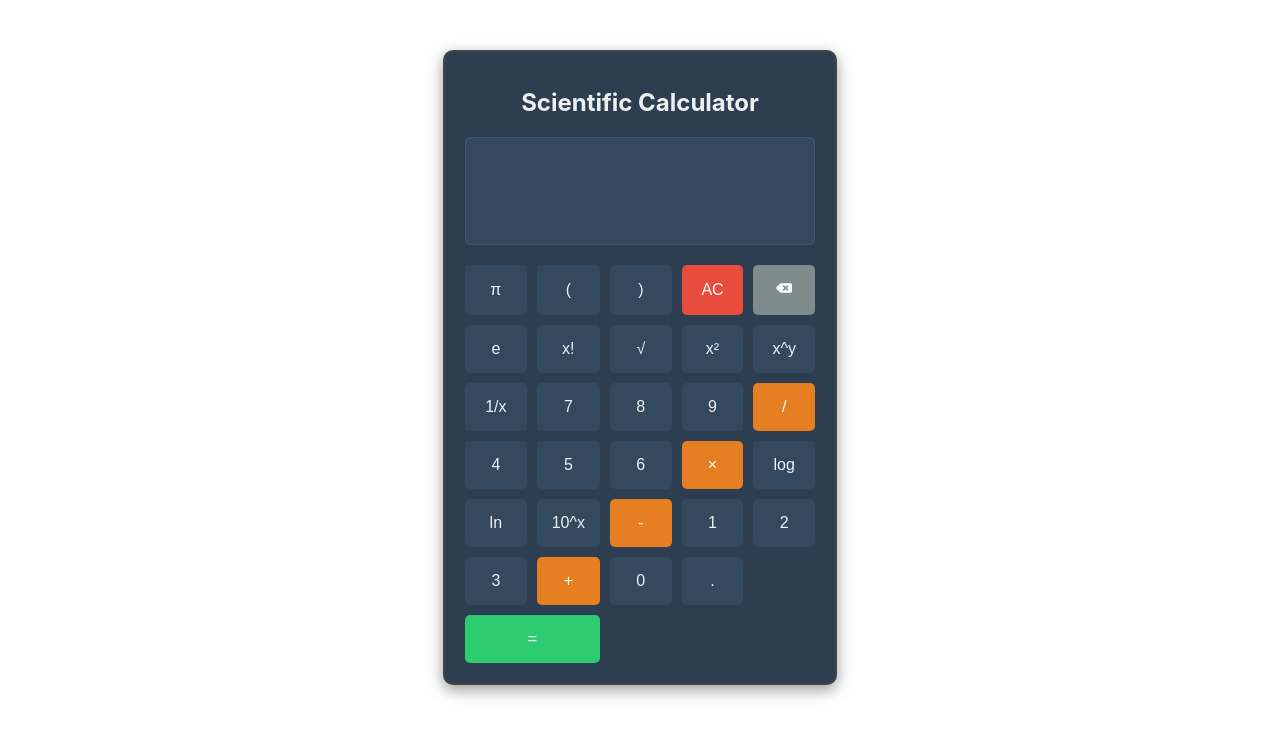
Repository: thesaherriaz/Calculator-React
Page: /
The author's editor kept a copy of each file at every save. The page is drawn from the files as they stood at one save, then again after a run of saves.
The browser window is 1280 px wide. The pictures show the whole page.
The project was rebuilt for these pictures with package versions that can differ from the ones it lists, and the page was loaded fresh each time.

Above is the page before, as saved 2025-06-20 12:42:27.

### public/index.html
<!DOCTYPE html>
<html lang="en">
  <head>
    <meta charset="utf-8" />
    <link rel="icon" href="%PUBLIC_URL%/favicon.ico" />
    <meta name="viewport" content="width=device-width, initial-scale=1" />
    <meta name="theme-color" content="#000000" />
    <meta
      name="description"
      content="Web site created using create-react-app"
    />
    <link rel="apple-touch-icon" href="%PUBLIC_URL%/logo192.png" />
    <link rel="stylesheet" href="https://cdnjs.cloudflare.com/ajax/libs/font-awesome/6.0.0/css/all.min.css">
    <!--
      manifest.json provides metadata used when your web app is installed on a
      user's mobile device or desktop. See https://developers.google.com/web/fundamentals/web-app-manifest/
    -->
    <link rel="manifest" href="%PUBLIC_URL%/manifest.json" />
    <!--
      Notice the use of %PUBLIC_URL% in the tags above.
      It will be replaced with the URL of the `public` folder during the build.
      Only files inside the `public` folder can be referenced from the HTML.

      Unlike "/favicon.ico" or "favicon.ico", "%PUBLIC_URL%/favicon.ico" will
      work correctly both with client-side routing and a non-root public URL.
      Learn how to configure a non-root public URL by running `npm run build`.
    -->
    <title>React App</title>
  </head>
  <body>
    <noscript>You need to enable JavaScript to run this app.</noscript>
    <div id="root"></div>
    <!--
      This HTML file is a template.
      If you open it directly in the browser, you will see an empty page.

      You can add webfonts, meta tags, or analytics to this file.
      The build step will place the bundled scripts into the <body> tag.

      To begin the development, run `npm start` or `yarn start`.
      To create a production bundle, use `npm run build` or `yarn build`.
    -->
  </body>
</html>

### src/App.js
import React from 'react'
import Calculator from './compnents/Calculator'

function App() {
  return (
    <Calculator />
  )
}

export default App

### src/compnents/Calculator.jsx
import React, { useState } from 'react';
import './Calculator.css';
import { FaBackspace } from "react-icons/fa";

function Calculator() {
    const [input, setInput] = useState('');
    const [result, setResult] = useState('');

    const handleClick = (value) => {
        if (value === 'AC') {
            setInput('');
            setResult('');
        } else if (value === 'DEL') {
            setInput(prev => prev.slice(0, -1));
        } else if (value === '=') {
            calculateResult();
        } else if (value === '√') {
            setInput(prev => `Math.sqrt(${prev})`);
        } else if (value === 'x²') {
            setInput(prev => `Math.pow(${prev},2)`);
        } else if (value === 'x^y') {
            setInput(prev => `${prev}^`);
        } else if (value === '1/x') {
            setInput(prev => `1/(${prev})`);
        } else if (value === 'log') {
            setInput(prev => `Math.log10(${prev})`);
        } else if (value === 'ln') {
            setInput(prev => `Math.log(${prev})`);
        } else if (value === 'π') {
            setInput(prev => prev + 'Math.PI');
        } else if (value === 'e') {
            setInput(prev => prev + 'Math.E');
        } else if (value === '10^x') {
            setInput(prev => `Math.pow(10,${prev})`);
        } else if (value === 'x!') {
            setInput(prev => `factorial(${prev})`);
        } else {
            setInput(prev => prev + value);
        }
    };

    const factorial = (n) => {
        if (n < 0) return NaN;
        if (n <= 1) return 1;
        return n * factorial(n - 1);
    };

    const calculateResult = () => {
        try {
            // Replace ^ with ** for exponentiation
            let expression = input.replace(/\^/g, '**');
            // Evaluate the expression
            setResult(eval(expression).toString());
        } catch (error) {
            setResult('Error');
        }
    };

    return (
        <div className="calculator">
            <h1>Scientific Calculator</h1>
            <div className="display">
                <div className="input">{input}</div>
                <div className="result">{result}</div>
            </div>
            <div className="buttons">
                <button onClick={() => handleClick('π')}>π</button>
                <button onClick={() => handleClick('(')}>(</button>
                <button onClick={() => handleClick(')')}>)</button>
                <button onClick={() => handleClick('AC')} className="clear">AC</button>
                <button onClick={() => handleClick('DEL')} className="delete"><FaBackspace /></button>

                <button onClick={() => handleClick('e')}>e</button>
                <button onClick={() => handleClick('x!')}>x!</button>
                <button onClick={() => handleClick('√')}>√</button>
                <button onClick={() => handleClick('x²')}>x²</button>
                <button onClick={() => handleClick('x^y')}>x^y</button>
                <button onClick={() => handleClick('1/x')}>1/x</button>

                <button onClick={() => handleClick('7')}>7</button>
                <button onClick={() => handleClick('8')}>8</button>
                <button onClick={() => handleClick('9')}>9</button>
                <button className="operator" onClick={() => handleClick('/')}>/</button>

                <button onClick={() => handleClick('4')}>4</button>
                <button onClick={() => handleClick('5')}>5</button>
                <button onClick={() => handleClick('6')}>6</button>
                <button className="operator" onClick={() => handleClick('*')}>×</button>

                <button onClick={() => handleClick('log')}>log</button>
                <button onClick={() => handleClick('ln')}>ln</button>
                <button onClick={() => handleClick('10^x')}>10^x</button>
                <button className="operator" onClick={() => handleClick('-')}>-</button>

                <button onClick={() => handleClick('1')}>1</button>
                <button onClick={() => handleClick('2')}>2</button>
                <button onClick={() => handleClick('3')}>3</button>
                <button className="operator" onClick={() => handleClick('+')}>+</button>

                <button onClick={() => handleClick('0')}>0</button>
                <button onClick={() => handleClick('.')}>.</button>
                <button className="equals" onClick={() => handleClick('=')}>=</button>
            </div>
        </div>
    );
}

export default Calculator;

### src/compnents/Calculator.css
.calculator {
    width: 350px;
    margin: 50px auto;
    border: 2px solid #444;
    border-radius: 10px;
    padding: 20px;
    background-color: #2c3e50;
    box-shadow: 0 5px 15px rgba(0, 0, 0, 0.4);
    color: white;
}

.calculator h1 {
    text-align: center;
    color: #ecf0f1;
    margin-bottom: 20px;
    font-size: 1.5em;
}

.display {
    background-color: #34495e;
    border: 1px solid #3d566e;
    border-radius: 5px;
    padding: 15px;
    margin-bottom: 20px;
    text-align: right;
    min-height: 70px;
}

.input {
    font-size: 1.2em;
    color: #bdc3c7;
    min-height: 1.2em;
    margin-bottom: 10px;
    word-wrap: break-word;
}

.result {
    font-size: 1.8em;
    font-weight: bold;
    color: #ecf0f1;
    min-height: 1.5em;
    word-wrap: break-word;
}

.buttons {
    display: grid;
    grid-template-columns: repeat(5, 1fr);
    grid-gap: 10px;
}

button {
    padding: 15px;
    font-size: 1em;
    border: none;
    border-radius: 5px;
    background-color: #34495e;
    color: #ecf0f7;
    cursor: pointer;
    transition: all 0.2s;
}

button:hover {
    background-color: #3d566e;
}

button:active {
    transform: scale(0.95);
}

.operator {
    background-color: #e67e22;
    color: white;
}

.operator:hover {
    background-color: #d35400;
}

.clear {
    background-color: #e74c3c;
    color: white;
}

.clear:hover {
    background-color: #c0392b;
}

.delete {
    background-color: #7f8c8d;
    color: white;
}

.delete:hover {
    background-color: #95a5a6;
}

.equals {
    background-color: #2ecc71;
    color: white;
    grid-column: span 2;
}

.equals:hover {
    background-color: #27ae60;
}

/* Scientific buttons
button:nth-child(1),
button:nth-child(2),
button:nth-child(3),
button:nth-child(4),
button:nth-child(5),
button:nth-child(6),
button:nth-child(11),
button:nth-child(12),
button:nth-child(13),
button:nth-child(14),
button:nth-child(19),
button:nth-child(20),
button:nth-child(21) {
    background-color: #3498db;
}

button:nth-child(1):hover,
button:nth-child(2):hover,
button:nth-child(3):hover,
button:nth-child(4):hover,
button:nth-child(5):hover,
button:nth-child(6):hover,
button:nth-child(11):hover,
button:nth-child(12):hover,
button:nth-child(13):hover,
button:nth-child(14):hover,
button:nth-child(19):hover,
button:nth-child(20):hover,
button:nth-child(21):hover {
    background-color: #2980b9;
} */

Loaded but not shown: src/index.js (common file); src/index.css (common file); src/reportWebVitals.js (common file)

After the next 3 saves:
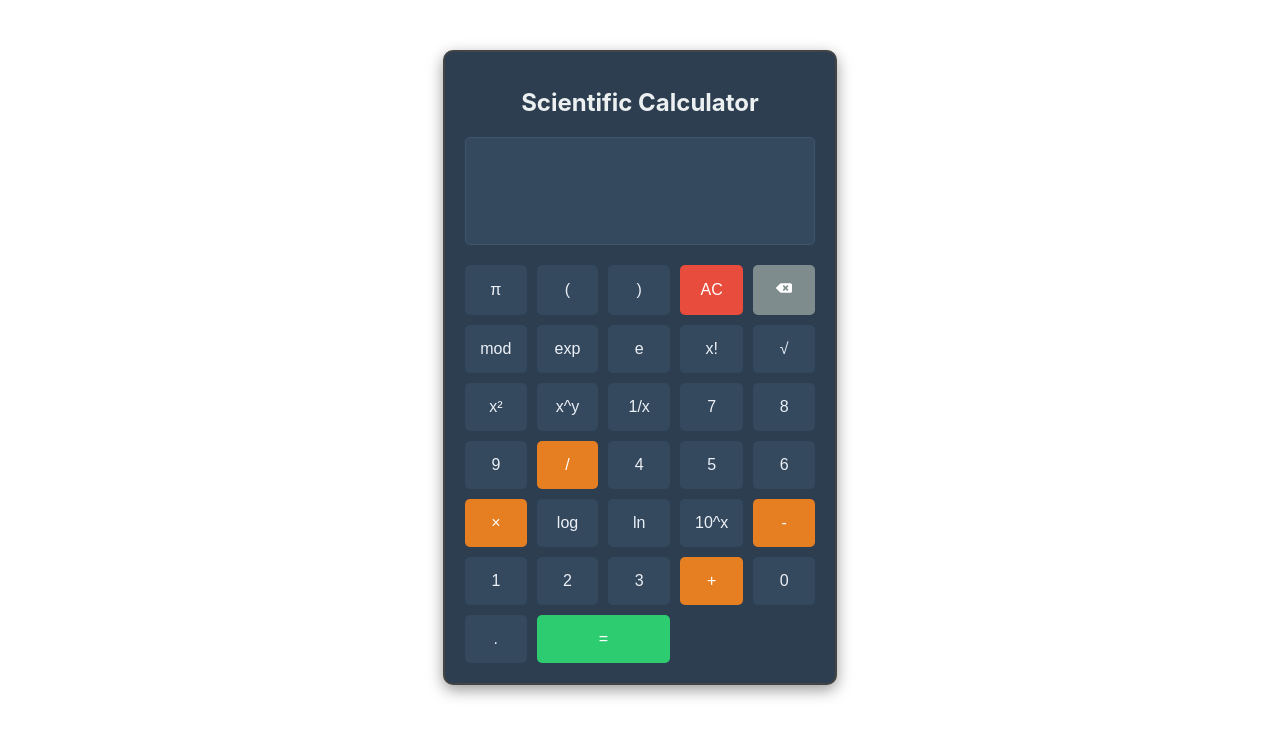
The 3 saves are shown as one change because they came seconds apart.
The last was saved 77 s later.
--- a/src/compnents/Calculator.jsx
+++ b/src/compnents/Calculator.jsx
@@ -70,6 +70,9 @@ function Calculator() {
                 <button onClick={() => handleClick('AC')} className="clear">AC</button>
                 <button onClick={() => handleClick('DEL')} className="delete"><FaBackspace /></button>
 
+                <button onClick={() => handleClick('mod')}>mod</button>
+                <button onClick={() => handleClick('exp')}>exp</button
+                >
                 <button onClick={() => handleClick('e')}>e</button>
                 <button onClick={() => handleClick('x!')}>x!</button>
                 <button onClick={() => handleClick('√')}>√</button>
